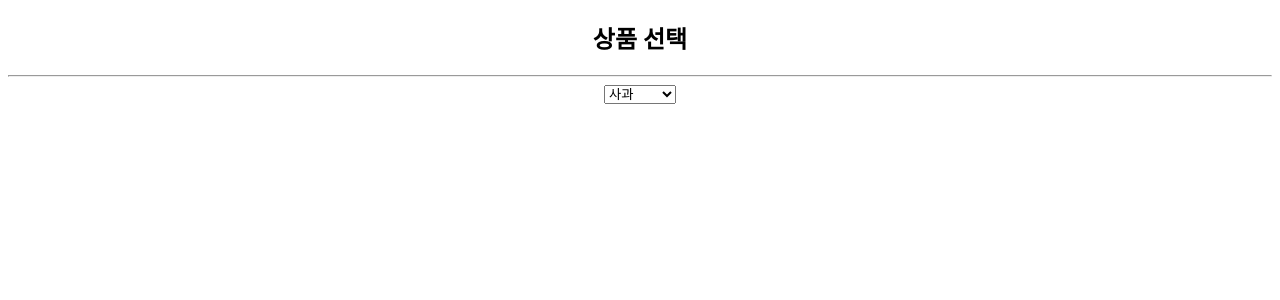
Repository: papav-hub/Web_Study
Page: http://localhost/jspbook/ch06_shopping/selProduct.jsp
The author's editor kept a copy of each file at every save. The page is drawn from the files as they stood at one save, then again after the next save.
The browser window is 1280 px wide. The pictures show the whole page.
The page is served by Tomcat 9.

Above is the page before, as saved 2021-10-07 01:15:20.

After the next save:
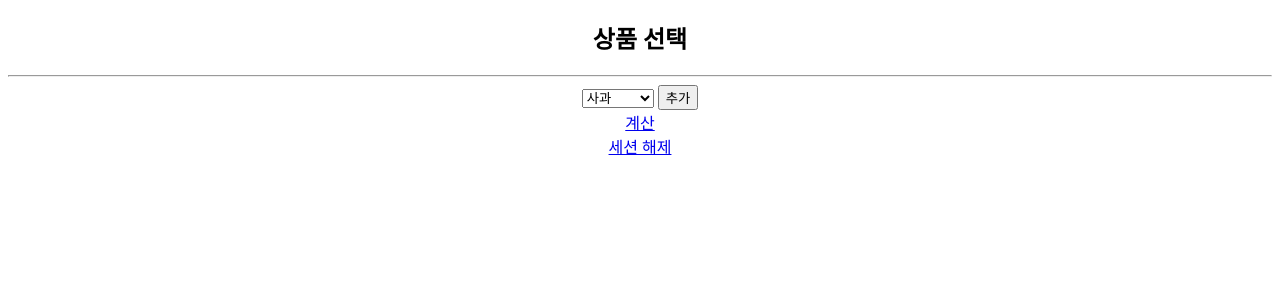
Saved 48 s later.
--- a/jspbook/src/main/webapp/ch06_shopping/selProduct.jsp
+++ b/jspbook/src/main/webapp/ch06_shopping/selProduct.jsp
@@ -23,7 +23,11 @@
 				<option>파인애플</option>
 				<option>레몬</option>
 			</select>
+			<input type="submit" value="추가"/>
 		</form>
+
+		<a href="checkOut.jsp">계산</a> <BR>
+		<a href="clear.jsp">세션 해제</a> <BR>
 
 
 	</div>
